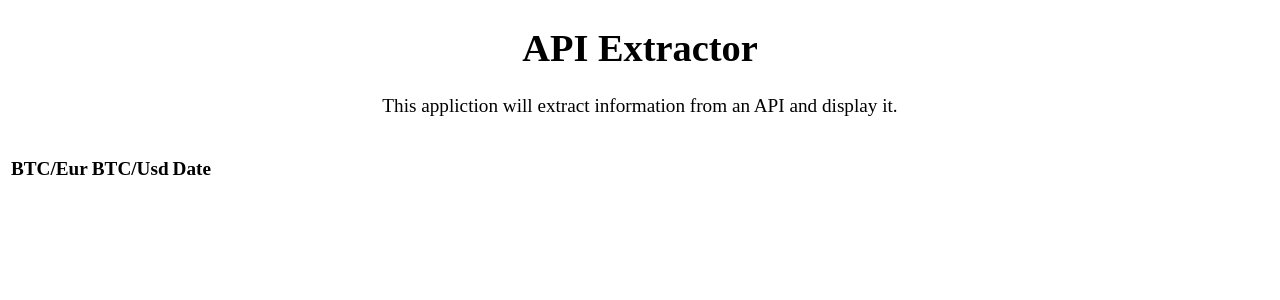
Repository: vxyux/api-extraction
Page: index.html
These files come from the project's save history. The page is drawn as it stood at one moment and after a run of saves; the edit follows.
The browser window is 1280 px wide. The pictures show the whole page.
The page's requests for data from a server got no answer.

Above is the page before, as saved 2023-09-05 10:34:15.

### index.html
<!DOCTYPE html>
<html lang="en">
<head>
  <meta charset="UTF-8">
  <meta name="viewport" content="width=device-width, initial-scale=1.0">
  <title>Document</title>
  <link rel="stylesheet" href="stylesheet.css">
  <script src="app.js"></script>
</head>
<body>
  <div class="center">
    <h1>API Extractor</h1>
    <p>This appliction will extract information from an API and display it.</p>
  </div>

  <img src="" id="loading" alt="">

  <table class="center">
  <tr>
    <th>BTC/Eur</th>
    <th>BTC/Usd</th>
    <th>Date</th>
  </tr>
  <tr>
    <td><div id="rate-eur"></div></td>
    <td><div id="rate-usd"></div></td>
    <td><div id="date"></div></td>
  </tr>
</table>
</body>
</html>

### stylesheet.css
.center {
  text-align: center;
  font-size: 120%;
}

### app.js
const api_url = 'https://api.coindesk.com/v1/bpi/currentprice.json';

async function getapi(url) {
  const response = await fetch(url);

  var data = await response.json();

  console.log(data.bpi.EUR.rate);

  if (response) {
    hideloader();
  }
  show(data);
}

getapi(api_url);

function hideloader() {
  document.getElementById('loading').style.display = 'none';
}

function show(data) {
  var rate_eur = data.bpi.EUR.rate;
  var rate_usd = data.bpi.USD.rate;
  var date = data.time.updated;

  document.getElementById('rate-eur').innerHTML =
    '<p>' + rate_eur + '</p>';

  document.getElementById('rate-usd').innerHTML =
    '<p>' + rate_usd + '</p>';

  document.getElementById('date').innerHTML =
    '<p>' + date + '</p>';
}

After the next 7 saves:
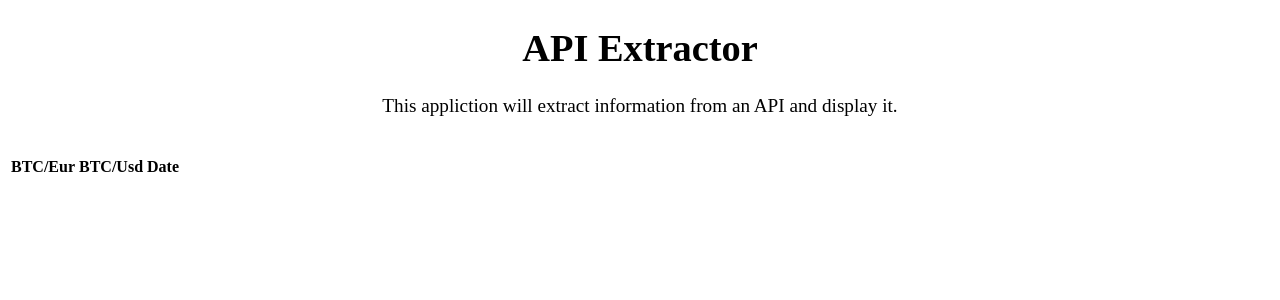
The 7 saves are shown as one change because they came seconds apart.
The last was saved 23 s later.
--- a/index.html
+++ b/index.html
@@ -15,7 +15,7 @@
 
   <img src="" id="loading" alt="">
 
-  <table class="center">
+  <table>
   <tr>
     <th>BTC/Eur</th>
     <th>BTC/Usd</th>
